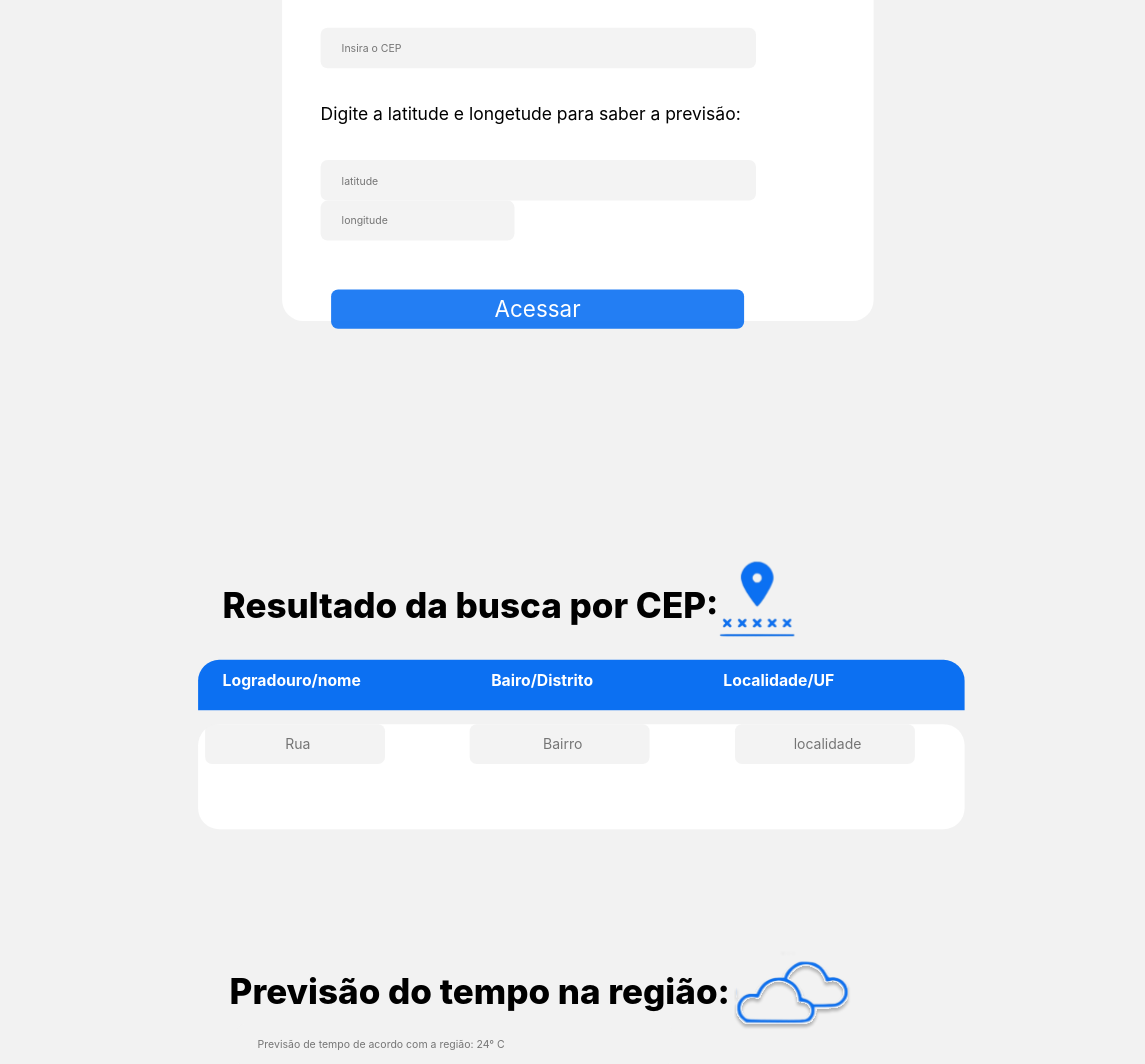
Repository: CyberAri/DNC-API
Page: index.html
These files come from the project's save history. The page is drawn as it stood at one moment and after the next save; the edit follows.
The browser window is 1280 px wide. The page is 1636 px wide, so the pictures cover 1636 px, including what lies to the right of the window. The pictures show the part of the page from y = 1172 to 2692 px (the page is 3037 px tall before and 3075 px after), at 70% of full size.

Above is the page before, as saved 2024-04-02 21:49:00.
Console error (its wording comes from the project's code and is left out).

### index.html
<!DOCTYPE html>
<html lang="pt-br">
<head>
    <meta charset="UTF-8">
    <meta name="viewport" content="width=device-width, initial-scale=1.0">
    <title>DNC-API</title>
    <link rel="stylesheet" href="style.css">
    <link rel="preconnect" href="https://fonts.googleapis.com">
    <link rel="preconnect" href="https://fonts.gstatic.com" crossorigin>
    <link rel="preconnect" href="https://fonts.googleapis.com">
    <link rel="preconnect" href="https://fonts.gstatic.com" crossorigin>

</head>
<body>
    <div id="start1">
        <div class="star1">
            <div id="dncW">
                 <h1>DncWeather</h1>
            </div>

            <div id="end">
                <h2>Endereços</h2>
            </div>
            <div id="end2">
                <h2>Previsão do tempo</h2>
            </div>
        </div>

    </div>
    <div id="start2">
        <div>

            <p>Descubra Mais com Precisão: <br>
               Previsões do Tempo e endereços <br>
               em tempo real.</p>

              <div id="imag1">
                 <img src="imagens/img1.svg">
              </div>

        </div>
    </div>
        <div id="form1">
            <form action="">
            <label for="primeiro nome">Primeiro Nome:</label><br>
            <input type="text" placeholder="Insira seu primeiro nome" id="insPriNome" value=""><br>

            <label for="E-mail">E-mail:</label><br>
            <input type="text" placeholder="Insira seu E-mail" id="e-mail" value="" ><br>

            <label for="digiteCep">Digite o CEP:</label><br>
            <input type="text" placeholder="Insira o CEP" id="cep" value=""required><br>

            <label for="digLatLong">Digite a latitude e longetude para saber a previsão:</label><br>
            <input type="text" id="lat"  value="" placeholder="latitude">
            <input type="text" id="long"  value="" placeholder="longitude"><br>
            <div>
                <button type="button" onclick="getAddressByCep()">Acessar</button>
            </div>

            </form>

            <div>
                <h1>Resultado da busca por CEP:</h1>
            </div>
            <div id="imag2">
                 <img src="imagens/img2.svg" alt="">
            </div>
            <div id="part1">
                <div  class="part1">
                    <h2>Logradouro/nome</h2>
                    <h2>Bairo/Distrito</h2>
                    <h2>Localidade/UF</h2>
                </div>
            </div>
            <div id="part2">
                <div class="part2">
                    <input type="text" id="rua" placeholder="Rua" value="">
                    <input type="text" id="bairro" placeholder="Bairro" value="">
                    <input type="text" id="localidade" placeholder="localidade" value="">

                </div>
                    <div id="part3">
                        <h1>Previsão do tempo na região:</h1>
                    </div>
                    <div id="img3">
                        <img src="imagens/imgNuv.svg" alt="">
                    </div>
                    <div id="resposta1" >
                        <input type="text" id="previsao" placeholder="Previsão de tempo de acordo com a região: 24° C" value="">
                    </div>
                    <footer>
                        <div id="rodaPe">
                            <h2>Termos de Uso | Política de Privacidade</h2>
                        </div>
                    </footer>
            </div>
       </div>
</div>
<script>
        async function getAddressByCep() {
        const cep  = document.getElementById('cep').value;
    try {
         const response = await fetch(`https://viacep.com.br/ws/${cep}/json/`);
         const data = await response.json();
         console.log(data);
         document.getElementById('rua').value = data. logradouro;
         document.getElementById('bairro').value = data. bairro;
         document.getElementById('localidade').value = data. localidade;
        }catch (error) {

    }
}

async function getPrevisao(){
    const previsão = document.getElementByid('previsao').value;
    try{
        const response = await fetch(`https://open-meteo.com/en/docs#latitude=${lat}&longitude=${long}&hourly=temperature_2m,rain&daily=temperature_2m_max,temperature_2m_min&timezone=America%2FSao_Paulo&past_days=1&forecast_days=1`)
    }
}

</script>

</body>
</html>

### style.css
body{
    background-color: rgba(242, 242, 242, 1);
}

#start1{
    width: 1605px;
    height: 103px;
    font-family: Inter;
    background-color: #0C70F2;
    color: black;
}
.star1{
    display: grid;
    grid-auto-flow: column;
    columns: auto;
}
#dncW{
    width: 310px;
    height: 55px;
    margin-top: -265px;
    margin-left: 160px;
    font-weight: 800;
    font-size: 50px;
    line-height: 60.51px;
    color: rgba(255, 255, 255, 1);

}
#end{
    width: 229px;
    height: 30px;
    margin-top: 20px;
    margin-left: 610px;
    font-family: Inter;
    font-weight: 800;
    color: rgba(255, 255, 255, 1);
}
#end2{
    width: 229px;
    height: 30px;
    margin-top: 20px;
    margin-left: -100px;
    font-family: Inter;
    font-weight: 800;
    color: rgba(255, 255, 255, 1);
}

#start2{
    display: grid;
    grid-auto-flow: column;
    columns: auto;
}

p{
    width: 879px;
    height: 282px;
    margin-top: 180px;
    margin-bottom: 10px;
    margin-left: 254px;
    font-family: Inter;
    font-size: 50px;
    font-weight: 800;
    line-height: 60.51px;
    color: #1f1f1f;
}
#imag1{
    width: 255px;
    height: 197px;
    margin-top: -340px;
    margin-left: 1133px;
}

#form1{
    width: 845px;
    height: 930px;
    margin-top: 260px;
    text-align: left;
    margin-left: 395px;
    border-radius: 30px;
    background-color: rgba(255, 255, 255, 1);


}
label{
    font-family:Inter;
    font-size: 25px;
    font-weight: 400px;
    line-height: 5.26;
    margin-left: 55px;

}
input{
    width: 590px;
    height: 56px;
    font-family: Inter;
    font-weight: 400;
    font-size: 15px;
    line-height: 24.2px;
    margin-left: 55px;
    padding-left: 30px;
    background-color: rgba(242, 242, 242, 0.9);
    color: black;
    border-radius: 10px;
    border: 0px;
}
#lati{
    width: 245px;
    height: 55px;
    border-radius: 10px;
    border: 0px;
}
#long{
    width: 245px;
    height: 55px;
    border-radius: 10px;
    border: 0px;
}
button{
    width: 590px;
    height: 56px;
    font-family: Inter;
    font-size: 32px;
    margin: 70px;
    border-radius: 10px;
    border: 0px;
    line-height: 38.73px;
    cursor: pointer;
    background-color: rgba(12, 112, 242, 0.9);
    color: rgba(255, 255, 255, 1);
}
button:hover{
    background-color:rgba(99, 159, 243, 0.9);
    color: white;
    transform: translateY(-5px);
    box-shadow: 0px 15px 20px rgba(4, 40, 87, 0.9);
    transition-duration: 0.5s;
}
h1{
    width: 879px;
    height: 96px;
    margin-top: 300px;
    margin-left: -85px;
    font-family: Inter;
    font-weight: 800;
    font-size: 50px;
    line-height: 50.51px;
}
#imag2{
    width: 136px;
    height: 133px;
    margin-top: -180px;
    margin-left: 610px;
}
#part1{
    width: 1095px;
    height: 72px;
    margin-top: 20px;
    margin-left: -120px;
    background-color: rgba(12, 112, 242, 1);
    border-radius: 30px 30px 0px 0px;
}
.part1{
    display: grid;
    grid-auto-flow: column;
    columns: auto;
    margin-left: 35px;
    font-family: Inter;
    font-weight: 400;
    font-size: 15px;
    line-height: 24.2px;
    color: rgba(255, 255, 255, 1);
}
#part2{
    width: 1095px;
    height: 150px;
    margin-top: 20px;
    margin-left: -120px;
    border-radius: 30px;
    background-color: rgba(255, 255, 255, 1);
}
.part2{
    display: grid;
    grid-auto-flow: column;
    columns: auto;
    margin-left: 55px;
    font-family: Inter;
    font-weight: 400;
    font-size: 15px;
    line-height: 24.2px;
    color: rgb(31, 31, 31, 1 );
}
#rua{
    width: 245px;
    height: 55px;
    padding-left: 10px;
    margin-left: -45px;
    border-radius: 10px;
    border: 0px;
    font-size: 20px;
    color: black;
    text-align: center;
}
#bairro{
    width: 245px;
    height: 55px;
    margin-left: 50px;
    padding-left: 10px;
    border-radius: 10px;
    border: 0px;
    font-size: 20px;
    color: black;
    text-align: center;
}
#localidade{
    width: 245px;
    height: 55px;
    margin-left: 50px;
    padding-left: 10px;
    border-radius: 10px;
    border: 0px;
    font-size: 20px;
    color: black;
    text-align: center;
}

#part3{
    width: 879px;
    height: 96px;
    margin-left: 130px;
    font-family: Inter;
    font-weight: 800;
    font-size: 50px;
    line-height: 60.51px;
}
#img3{
    width: 160px;
    height: 106px;
    margin-left: 765px;
    margin-top: -130px;
}
h3{
    width: 1024px;
    height: 72px;
    margin-top: 80px;
    margin-left: 20px;
    font-family: Inter;
    font-size: 20px;
    font-weight: 800;
    line-height: 70.2px;
    text-align: center;
    background-color: rgba(255, 255, 255, 1);
    border-radius: 30px;
    border: 1px solid rgba(12, 112, 242, 1)

}
#rodaPe{
    width: 1608px;
    height: 94px;
    margin-top: 250px;
    margin-left: -275px;
    background-color: rgba(12, 112, 242, 1);
    left: 1px;
    font-family: Inter;
    font-weight: 600;
    font-size: 20px;
    color: rgba(255, 255, 255, 1);
    text-align: right;
    padding-right: 20px;
    line-height: 80.26px;
}

After the next save:
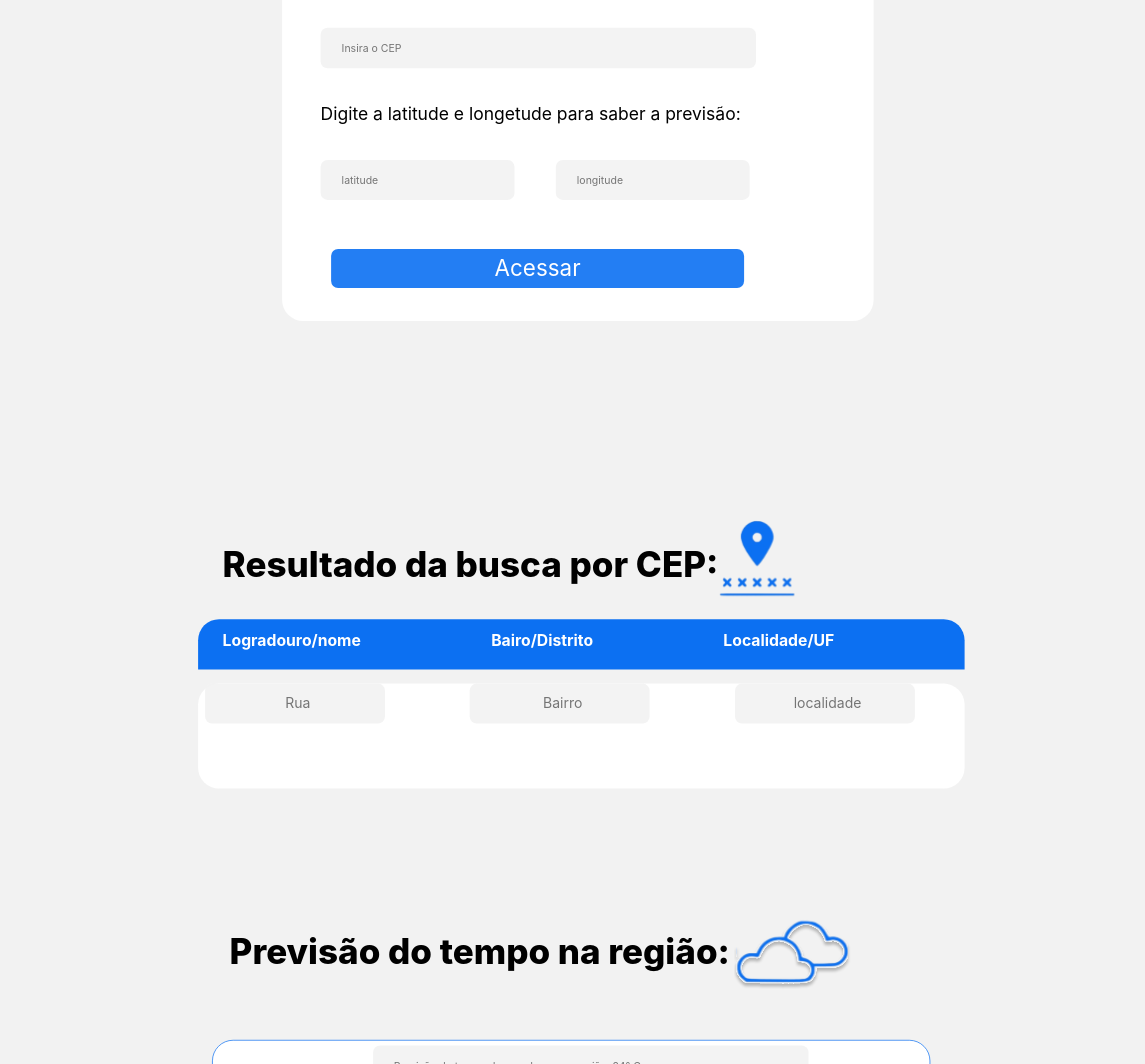
Saved 3 s later.
--- a/style.css
+++ b/style.css
@@ -102,7 +102,7 @@ input{
     border-radius: 10px;
     border: 0px;
 }
-#lati{
+#lat{
     width: 245px;
     height: 55px;
     border-radius: 10px;
@@ -237,7 +237,7 @@ h1{
     margin-left: 765px;
     margin-top: -130px;
 }
-h3{
+#resposta1{
     width: 1024px;
     height: 72px;
     margin-top: 80px;
